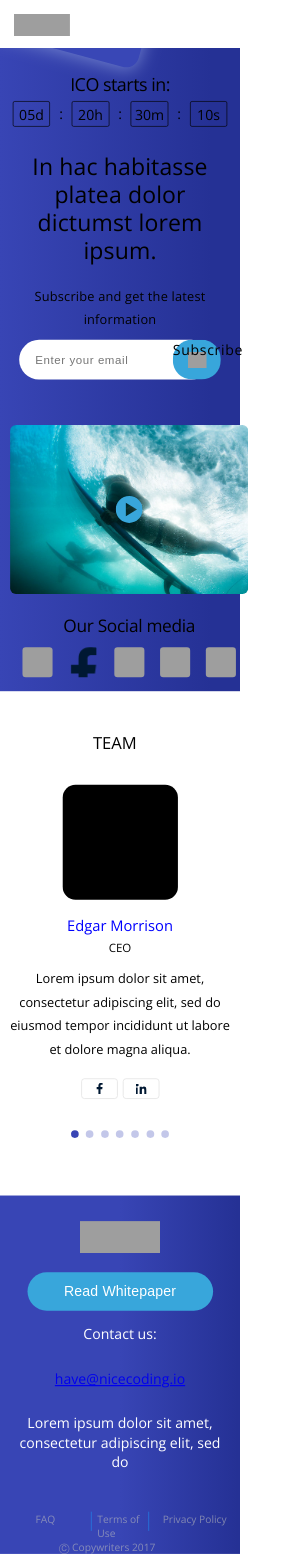
Repository: McGregorSt/newOne
Page: index.html
The author's editor kept a copy of each file at every save. The page is drawn from the files as they stood at one save, then again after the next save.
The browser window is 375 px wide. The page is 388 px wide, then 470 px, then 388 px, so the pictures cover 470 px, including what lies to the right of the window. The pictures show the whole page, at 64% of full size.
Pictures or frames that could not be fetched are drawn as grey boxes.

Above is the page before, as saved 2019-12-18 09:22:15.

### index.html
<!DOCTYPE html>
<html lang="en">
<head>
  <meta charset="UTF-8">
  <meta name="viewport" content="width=device-width, initial-scale=1.0">
  <meta http-equiv="X-UA-Compatible" content="ie=edge">
  <link rel="stylesheet" href="css/style.css">
  <link href="https://fonts.googleapis.com/css?family=Open+Sans:300,300i,400,400i,600,600i,700,700i,800,800i&display=swap" rel="stylesheet">
  <script
  src="https://code.jquery.com/jquery-3.4.1.js"
  integrity="sha256-WpOohJOqMqqyKL9FccASB9O0KwACQJpFTUBLTYOVvVU="
  crossorigin="anonymous"></script>
  <title>Ethworks</title>
</head>
<body>
    <section class="modal">
      <div class="modal__content">
        <iframe src="" frameborder="0" id="youtube"></iframe>
        <div class="overlay"></div>
      </div>
    </section>
    <section class="header">
      <div class="header__logo"></div>
      <ul class="header__menu">
        <li class="header__menu__item"><a href="#">Home</a></li>
        <li class="header__menu__item"><a href="#">Team</a></li>
        <li class="header__menu__item"><a href="#">Contact</a></li>
      </ul>
    </section>
    <section class="main">
        <div class="wrapper">
        <div class="subs">
          <div class="subs__timer">
            <span class="subs__timer__header">ICO starts in:</span>
            <div class="subs__timer__global">
              <div class="subs__timer__item subs__timer__item__dd">05d</div>
              <div class="subs__timer__item">:</div>
              <div class="subs__timer__item subs__timer__item__hh">20h</div>
              <div class="subs__timer__item">:</div>
              <div class="subs__timer__item subs__timer__item__mm">30m</div>
              <div class="subs__timer__item">:</div>
              <div class="subs__timer__item subs__timer__item__ss">15s</div>
            </div>
          </div>
          <div class="subs__article">In hac habitasse platea dolor dictumst lorem ipsum.</div>
          <div class="subs__email">
            <span class="subs__email__header">Subscribe and get the latest information</span>
            <div class="subs__email__content">
              <input type="email" class="subs__email__input" placeholder="Enter your email">
              <div class="subs__email__button">Subscribe</div>
            </div>
          </div>
        </div>

      <div class="media">
        <div class="media__media">
          <div class="media__player">
            <svg xmlns="http://www.w3.org/2000/svg" width="24" height="24" viewBox="0 0 24 24"><path d="M12 0c-6.627 0-12 5.373-12 12s5.373 12 12 12 12-5.373 12-12-5.373-12-12-12zm-3 18v-12l10 6-10 6z"/></svg>
          </div>
          <div class="media__social">
            <span class="media__social__header">Our Social media</span>
            <div class="media__social__items">
              <div class="media__social__item media__social__tt"></div>
              <div class="media__social__item media__social__fb"></div>
              <div class="media__social__item media__social__md"></div>
              <div class="media__social__item media__social__gh"></div>
              <div class="media__social__item media__social__mail"></div>
            </div>
          </div>
        </div>
    </div>
    </div>
    <div class="subs__subs"></div>
    </section>
    <section class="team">
      <div class="team__header">TEAM</div>
      <div class="team__cards">
        <div class="team__card">
          <div class="team__card__photo"></div>
          <div class="team__card__name">Edgar Morrison</div>
          <div class="team__card__title">CEO</div>
          <div class="team__card__description">Lorem ipsum dolor sit amet, consectetur adipiscing elit, sed do eiusmod tempor incididunt ut labore et dolore magna aliqua. </div>
          <div class="team__card__social">
            <div class="card__social__fb"></div>
            <div class="card__social__in"></div>
          </div>
        </div>
        <div class="team__card">
          <div class="team__card__photo"></div>
          <div class="team__card__name">Mae Martin</div>
          <div class="team__card__title">CTO</div>
          <div class="team__card__description">Lorem ipsum dolor sit amet, consectetur adipiscing elit, sed do eiusmod tempor incididunt ut labore et dolore magna aliqua. </div>
          <div class="team__card__social">
            <div class="card__social__fb"></div>
            <div class="card__social__in"></div>
          </div>
        </div>
        <div class="team__card">
          <div class="team__card__photo"></div>
          <div class="team__card__name">David Banks</div>
          <div class="team__card__title">CFO</div>
          <div class="team__card__description">Lorem ipsum dolor sit amet, consectetur adipiscing elit, sed do eiusmod tempor incididunt ut labore et dolore magna aliqua.</div>
          <div class="team__card__social">
            <div class="card__social__fb"></div>
            <div class="card__social__in"></div>
          </div>
        </div>
        <div class="team__card">
          <div class="team__card__photo"></div>
          <div class="team__card__name">Frederick Parsons</div>
          <div class="team__card__title">COO</div>
          <div class="team__card__description">Lorem ipsum dolor sit amet, consectetur adipiscing elit, sed do eiusmod tempor incididunt ut labore et dolore magna aliqua.</div>
          <div class="team__card__social">
            <div class="card__social__fb"></div>
            <div class="card__social__in"></div>
          </div>
        </div>
      </div>
      <div class="team__slider">
        <div class="team__slider--item"></div>
        <div class="team__slider--item"></div>
        <div class="team__slider--item"></div>
        <div class="team__slider--item"></div>
        <div class="team__slider--item"></div>
        <div class="team__slider--item"></div>
        <div class="team__slider--item"></div>
      </div>
    </section>
    <section class="footer">
      <div class="footer__main">
        <div class="footer__main__logo"></div>
        <!-- <div class="footer__main__whitepaper"> -->
          <a href="#">
            <button type="button" class="header__whitepaper__button">Read Whitepaper</button>
          </a>
        <!-- </div> -->
      </div>
        <div class="footer__contact">
          <span>Contact us:</span>
          <span><a href="mailto:#" class="footer__contact--a">have@nicecoding.io</a></span>
          <span>Lorem ipsum dolor sit amet, consectetur adipiscing elit, sed do</span>
        </div>


      <div class="footer__menu">
          <span class="footer__menu--span">&#9400 Copywriters 2017</span>
        <div class="footer__menu--menu">
          <div class="footer__menu__separator"></div>
          <div class="footer__menu__item">
            <a href="#" class="menu__item--a">FAQ</a>
          </div>
          <div class="footer__menu__separator"></div>
          <div class="footer__menu__item">
            <a href="#">Terms of Use</a>
          </div>
          <div class="footer__menu__separator"></div>
          <div class="footer__menu__item">
            <a href="#">Privacy Policy</a>
          </div>
        </div>
      </div>
    </section>
  </div>
</body>
<script src="js/app.js">


</script>
</html>

### css/style.css
body {
  margin: 0;
  padding: 0;
  box-sizing: border-box;
  font-family: 'Open Sans', sans-serif;
  overflow-y: scroll;
}
/* section header */
.header {
  height: 95px;
  margin: auto;
  margin-top: -5px;
  display: flex;
  justify-content: space-between;
  align-items: center;
  padding: 0 180px;
}
.header__logo {
  width: 125px;
  height: 50px;
  background-image: url('../Assets/logo/dark.svg');
  background-size: cover;
  position: relative;
  left: -5px;
  top: 3px;
}

.header__menu {
  list-style: none;
  display: flex;
  letter-spacing: 1.1px;
  /* font-weight: 300; */
  /* justify-content: space-between; */
  font-size: 20px;
}

@media (max-width: 414px) {

  .header {
    height: 80px;
    padding: 0;
  }
  .header__logo {
    top: 4px;
    left: 3px;
    /* height: 45px; */
    background-position: left center;
    transform: scale(0.7);
  }
  .header__menu {
    display: none;
  }
}

.header__menu__item a {
  padding: 0 0 0 54px;
  text-decoration: none;
  color: #000;
}

/*

section main

*/
.main {
  height: 935px;
  background: linear-gradient(90deg, rgba(56,69,181,1) 0%, rgba(37,49,149,1) 88%);

}

.wrapper {
  display: flex;
  position: relative;

}


.wrapper:after {
  content: "";
  width: 100%;
  height: 100%;
  background-image: url('../Assets/BG/Shape1@1x.svg');
  background-repeat: no-repeat;
  background-size: 75%;
  background-position-y: -95px;
  background-position-x: -10px;
  position: absolute;
  z-index: 2;
  /* filter: url('../Assets/BG/Shape1@1x.svg#filter-2')  */
}

.subs {

  width: 50%;
  font-size: 28px;
  display: flex;
  flex-direction: column;
  padding: 90px 0 60px 175px;
  position: relative;
  z-index: 99;
}
.subs__subs {
  /* width: 50%; */
  height: 800px;
  background-image: url('../Assets/BG/Shape2@1x.svg');
  background-size: 47%;
  top: -730px;
  left: -200px;
  background-position-y: -260px;
  background-position-x: 170px;
  background-repeat: no-repeat;
  position: relative;
  z-index: 1;
  /* filter: url('../Assets/BG/Shape2@1x.svg#filter-2') */
}


.subs__timer {
  /* background-color: thistle; */
  position: relative;
  z-index: 1;
}
.subs__timer__header {
  letter-spacing: -0.8px;
}
.subs__timer__global {
  width: 56.4%;
  display: flex;
  justify-content: space-between;
  padding: 15px 0 40px 0 ;
}
.subs__timer__global > div {
  width: 88px;
  height: 65px;
  display: flex;
  justify-content: center;
  align-items: center;
}
.subs__timer__item:nth-child(2n+2) {

}
.subs__timer__global > div:nth-child(2n+1) {
  width: 40%;
  border: 1px solid #000;
  font-size: 36px;
  border-radius: 7px;
}
.subs__article {
  font-size: 54px;
  letter-spacing: 0.2px;
  line-height: 83px;
  padding: 35px 0;
  /* background-color: wheat; */

}

.subs__email {
  /* background-color: yellow; */
  display: flex;
  flex-direction: column;
  font-size: 22px;
  letter-spacing: 0.3px;
  padding: 60px 0;
}
.subs__email__content {
  height: 100px;
  padding: 30px 0;
  display: flex;
}
.subs__email__input {
  height: 60%;
  width: 67%;
  border-radius: 40px;
  font-size: 22px;
  padding-left: 25px;
  letter-spacing: 0.9px;
  outline: none;
  border: 0;
}
.subs__email__input::placeholder {
  /* padding-left: 25px; */
}
.subs__email__button {
  height: 65%;
  width: 20%;
  background-color:#38A6DB;
  font-size: 22px;
  letter-spacing: 1.05px;
  border: 0;
  border-radius: 30px;
  position: relative;
  left: -200px;
}
.subs__email--sender {
  width: 50px;
  height: 50px;

  background-image: url('../Assets/Icon/Subscribe@1x.svg');
  background-size: cover;
  background-color: aliceblue;
}

@media (max-width: 414px) {
  .main {
    height: 1005px;

  }
  .wrapper {
    flex-wrap: wrap;
  }
  .subs {
    width: 100%;
    padding: 0;
    flex-direction: column;
    justify-self: center;

  }
  .subs > * {
    text-align: center;
    padding: 20px;
  }
  .subs__timer__header {
    position: relative;
    top: 17px;
  }
  .subs__timer__global {
    width: 100%;
    position: relative;
    top: 10px;
  }
  .subs__timer__global > div:nth-child(2n + 1) {
    width: 50%;
    height: 38px;
    font-size: 22px;
    border-radius: 3px;
  }
  .subs__timer__item:nth-child(2n) {
    font-size: 22px;
    height: 38px;
    width: 30%;
  }
  .subs__article {
    font-size: 36px;
    line-height: 44px;
    padding: 0 20px;
    position: relative;
    top: -10px;
  }
  .subs__email {
    padding: 0;
  }
  .subs__email__header {
    position: relative;
    top: 22px;
    font-size: 20px;
    padding: 0 20px;
    line-height: 36px;
  }
  .subs__email__content {
    justify-content: center;
    position: relative;
    top: 5px;
    /* padding: 0; */
  }
  .subs__email__input {
    width: 100%;
    position: relative;
    left: 30px;
    font-size: 18px;
    /* padding: 0; */
  }
  .subs__email__button {
    height: 62%;
    /* width: 18%; */
    position: relative;
    left: -30px;
    background-color: #38A6DB;
    background-image: url('../Assets/Icon/Subscribe@1x.svg');
    background-size: 40% 40%;
    background-position: center center;
    background-repeat: no-repeat;
    /* transform: scale(0.8); */
  }
  .subs__email__button:before {
    content: '';
    background-color: brown;
    width: 300px;
    height: 300px;
    z-index: 995;
  }
}

.modal {
  display: none;
}
#youtube {
  width: 800px;
  height: 500px;
  background: rgb(0, 0, 0);
  position: absolute;
  left: 50%;
  top: 50%;
  transform: translate(-50%, -50%);
  z-index: 999;
}
.overlay {
  display: block;
  width: 100%;
  height: 100%;
  background: rgba(0, 0, 0, 0.4);
  position: fixed;
  top: 0;
  left: 0;
  z-index: 998;
}
.media {
  /* height: 80%; */
  width: 50%;
  /* background-color: tomato; */
}
.media__media {
  height: 100%;
  /* display: flex;
  flex-direction: column; */
  /* justify-content: space-around; */
  padding: 235px 0 0 60px;
}
.media__player {
  width: 620px;
  height: 440px;
  display: flex;
  justify-content: center;
  align-items: center;
  background-color: rgba(15, 51, 47, 0.411);
  background-image: url('../Assets/player/27230166476_3c7a942ccc_c.jpg');
  position: relative;
  z-index: 20;
}
.media__player svg {
  width: 70px;
  height: 70px;
  fill: #38A6DB;
}
.media__social {
  width: 620px;
  height: 23%;
  display: flex;
  flex-direction: column;
  align-items: flex-end;
  justify-content: center;
  /* background-color: orangered; */
}
.media__social__header {
  font-size: 26px;
  padding: 80px 0 16px 0;

}
.media__social__items {
  width: 56.3%;
  display: flex;
  justify-content: space-between;
}
.media__social__item {
  width: 47px;
  height: 47px;
  border-radius: 5px;
  background-size: cover;
}
.media__social__tt {
  background-image: url('../Assets/Social icons/Twitter@1x.svg');
}
.media__social__fb {
  background-image: url('../Assets/Social icons/Facebook@1x.svg');
}
.media__social__md {
  background-image: url('../Assets/Social icons/Medium@1x.svg');
}
.media__social__gh {
  background-image: url('../Assets/Social icons/Github@1x.svg');
}
.media__social__mail {
  background-image: url('../Assets/Social icons/Telegram@1x.svg');
}

@media (max-width: 414px) {
  .media {
    height: 20px;
  }
  .media__media {
    transform: scale(0.5);
    padding: 0;
    margin: 0;
  }
  .media__player {
    transform: scale(1.2);
    border-radius: 15px;
    position: relative;
    top: 50px;
  }
  .media__social {
    justify-content: center;
    align-items: center;
    margin-top: 200px;
  }
  .media__social__header {
    font-size: 54px;
    letter-spacing: -1px;
  }
  .media__social__items {
    width: 100%;
    margin-top: 40px;
  }
  .media__social__item {
    transform: scale(2);
  }
}


/*
section team
*/

.team {
  display: flex;
  flex-direction: column;
  align-items: center;
  padding: 95px 0 50px 0;
}
.team__header {
  font-size: 26px;
  position: relative;
  left: 20px;
}
.team__cards {
  display: flex;
  justify-content: space-between;
  padding: 60px 0;
}
.team__card {
  height: 500px;
  width: 360px;
  display: flex;
  flex-direction: column;
  justify-content: space-between;
  align-items: center;
  margin: 0 10px;
  /* background-color: palegreen; */
  padding: 5px 10px
}
.team__card__photo {
  width: 180px;
  height: 180px;
  border-radius: 20px;
  background-color: black;

}
.team__card__name {
  font-size: 23px;
  color: blue;
  /* position: relative;
  top: -10px; */
}
.team__card__title {
  font-size: 18px;
  position: relative;
  top: -20px;
}
.team__card__description {
  font-size: 20px;
  text-align: center;
  line-height: 38px;
  position: relative;
  top: -10px;
  padding: 0 5px;
}
.team__card__social {
  display: flex;
  justify-content: space-between;
}
.team__card__social > * {
  width: 55px;
  height: 30px;
  border: 1px solid #ddd;
  border-radius: 5px;
  margin: 4px;
}
.card__social__fb {
  background-image: url('../Assets//Profil/Facebook@1x.svg');
  background-position: center center;
  background-size:20%;

  background-repeat: no-repeat;
}
.card__social__in {
  background-image: url('../Assets//Profil/linkedin@1x.svg');
  background-position: center center;
  background-size:30%;
  background-repeat: no-repeat;

}
.team__slider {
  display: none;
}

@media (max-width: 414px) {
  .team {
    padding: 0;
  }
  .team__header {
    top: 62px;
    left: -8px;
  }
  .team__card:nth-child(n+2) {
    display: none;
  }
  .team__card {
    position: relative;
    top: 45px;
  }
  .team__card__name {
    position: relative;
    top: 10px;
  }
  .team__card__title {
    margin-top: 25px;
  }
  .team__card__description {
    top: -15px;
    line-height: 37px;
  }
  .team__card__social {
    position: relative;
    top: -5px;
  }
  .team__slider {
    width: 44%;
    display: flex;
    justify-content: space-around;
    margin: 20px 0 90px 0;
  }
  .team__slider--item {
    width: 12px;
    height: 12px;
    border-radius: 6px;
    background-color: rgba(56,69,181,0.3);
  }
  .team__slider--item:first-child {
    background-color: rgba(56,69,181,1);

  }
}


/*
section footer
*/

.footer {
  /* display: flex;
  flex-direction: column;
  align-items: center; */
  color: white;
  background: linear-gradient(90deg, rgba(56,69,181,1) 50%, rgba(37,49,149,1) 99%);
}
.footer__main {
  /* height: 410px; */
  display: flex;
  justify-content: space-between;
  padding: 0 180px;
}

/* .footer__header {
  height: 123px;
  width: 100%;
  background-color: cornflowerblue;
  display: flex;
  justify-content: space-between;
  align-items: center;
} */
.footer__main__logo {
  width: 10%;
  margin-top: 30px;
  width: 125px;
  height: 50px;
  background-image: url('../Assets/logo/Light.svg');
  background-size: cover;
  position: relative;
  left: -5px;
  top: 3px;

}
.footer__contact {
  width: 500px;
  height: 290px;
  margin: auto;
  /* background-color: crimson; */
  display: flex;
  flex-direction: column;
  align-items: center;
  /* position: relative; */
  /* left: - 90px; */
}
.footer__main__whitepaper {
  width: 19%;
  /* background-color: darkgreen; */
  /* padding-top: 33px; */
}



.footer__menu {
  height: 60px;
  /* background-color: darkgoldenrod; */
  width:55%;
  margin: auto;
  font-size: 19px;
  display: flex;
  justify-content: space-between;
  padding-top: 10px;
}
.header__whitepaper__button {
  height: 60px;
  width: 290px;
  background-color:#38A6DB;
  font-size: 22px;
  letter-spacing: 0.25px;
  border: 0;
  border-radius: 30px;
  position: relative;
  top: 30px;
  color: white;
}
.footer__contact > span {
  margin-bottom: 40px;
  font-size: 22px;
  text-align: center;
  position: relative;
  top: -5px;
  left: -15px;
}
.footer__main__contact > span > a {
  font-size: 26px;
  color: #1F86ED;
  letter-spacing: 0.7px;
  position: relative;
  top: -6px;
}
.footer__main__contact > span:last-child {
  font-size: 21px;
  top: -20px;
}
.footer__menu {
  color: rgba(189, 189, 189, 0.6);

}
.footer__menu__item, .footer__menu__item > a {
  width: 35%;
  display: flex;
  justify-content: center;
  color: rgba(189, 189, 189, 0.6);
  text-decoration: none;
}
.footer__menu--span {
  width: 25%;
  padding-right: 35px;
  margin-left: -20px;

}
.footer__menu__separator {
  width: 3px;
  height: 30px;
  background-color: #1F86ED;
}

@media (max-width: 414px) {
  .footer__main {
    padding: 40px 0 0 0;
    flex-direction: column;
    justify-content: center;
  }
  .footer__main > * {
    left: 0;
    top: 0;
    margin: auto;
  }
  .footer__contact {
    width: 90%;
    margin-top: 50px;
  }
  .footer__contact > span {
    top: 0;
    left: 0;
  }
  .footer__whitepaper__button {
    align-items: center;
  }
  .footer__menu {
    width: 100%;
    display: flex;
    flex-direction: column-reverse;
    font-size: 16px;
    align-content: center;
  }
  .footer__menu__item, .footer__menu__item > a {
    width: 80%;
  }
  .footer__menu__item:nth-child(4)  {
    width: 50%;
  }
  .footer__menu--menu {
    width: 100%;
    display: flex;
  }
  .footer__menu__separator:first-child {
    display: none;
  }
  .footer__menu--span {
    width: 100%;
    padding: 0;
    text-align: center;
  }
}

### js/app.js
let chi = document.querySelectorAll('.subs__timer__global:nth-child(2n+1)')
console.log(chi)

$(document).ready(function() {
  $('.media__player svg').on('click', function() {
   let src = 'https://www.youtube.com/embed/SJ7Q6Gd1rJE?autoplay=1&rel=0'
    $('#youtube').attr('src', src)
    $('.modal').toggleClass('overlay')
  })
  function modalHide() {
    $('#youtube').attr('src', '')
    $('.modal').toggleClass('overlay')

  }
  $('.overlay').on('click', modalHide)

  const initialWatch = {
    seconds: 15,
    minutes: 30,
    hours: 20,
    days: 5
  }

  const countDownWatch = {
    seconds: initialWatch.seconds,
    minutes: initialWatch.minutes,
    hours: initialWatch.hours,
    days: initialWatch.days
  }
  const seconds = $('.subs__timer__item__ss')
  const minutes = $('.subs__timer__item__mm')
  const hours = $('.subs__timer__item__hh')
  const days = $('.subs__timer__item__dd')

  const tick = 1000
  let sec = setInterval(() => {
    countDownWatch.seconds -= 1000 / 1000
    if (countDownWatch.seconds < 0){
      countDownWatch.minutes -= 1
      countDownWatch.seconds = 59
      if (countDownWatch.minutes < 0) {
        countDownWatch.hours -= 1
        countDownWatch.minutes = 59
        if (countDownWatch.hours < 0) {
          countDownWatch.days -= 1
          countDownWatch.hours = 23
        }
      }

    } else if (
      countDownWatch.days === 0 &&
      countDownWatch.hours === 0 &&
      countDownWatch.minutes === 0 &&
      countDownWatch.seconds === 0
      ) {
        clearInterval(sec)
      }

      // function toRender(units) {
      //   $(this) = units
      //   console.log(this.units)
      //   if (this.countDownWatch.units < 10){
      //     return this.units.html(`0${this.countDownWatch.units}s`)
      //   } else {
      //     return this.units.html(`${this.countDownWatch.units}s`)
      //   }
      // }

      seconds.html(countDownWatch.seconds < 10 ? `0${countDownWatch.seconds}s` : `${countDownWatch.seconds}s`)
      minutes.html(countDownWatch.minutes < 10 ? `0${countDownWatch.minutes}m` : `${countDownWatch.minutes}m`)
      hours.html(countDownWatch.hours < 10 ? `0${countDownWatch.hours}h` : `${countDownWatch.hours}h`)
      days.html(countDownWatch.days < 10 ? `0${countDownWatch.days}d` : `${countDownWatch.days}d`)
  }, tick)

    let windowWidth = window.screen.width
    const menuItem = $('.footer__menu__item')
    let faq = menuItem[0]
    let termsOfUse = menuItem[1]
    let contactUs = $('.footer__contact--a')

    if (windowWidth < 415) {
      $('.subs__email__button').html('')
      faq.innerText = 'Terms of Use'
      termsOfUse.innerText = 'FAQ'
      contactUs[0].innerText = 'hello@stay.io'
    }
    console.log($('.footer__menu__item'))
})

### Assets/BG/Shape1@1x.svg
<?xml version="1.0" encoding="UTF-8"?>
<svg width="1072px" height="582px" viewBox="0 0 1072 582" version="1.1" xmlns="http://www.w3.org/2000/svg" xmlns:xlink="http://www.w3.org/1999/xlink">
    <!-- Generator: Sketch 47.1 (45422) - http://www.bohemiancoding.com/sketch -->
    <title>BG/Shape1@1x</title>
    <desc>Created with Sketch.</desc>
    <defs>
        <path d="M982.285156,102 L982.285156,370.03125 L210.193802,575.356423 L210.193802,575.356423 C169.990097,586.047947 128.661819,562.429109 117.465781,522.362973 L-9.09494702e-13,102 L982.285156,102 Z" id="path-1"></path>
        <filter x="-16.7%" y="-32.3%" width="133.5%" height="169.1%" filterUnits="objectBoundingBox" id="filter-2">
            <feOffset dx="0" dy="11" in="SourceAlpha" result="shadowOffsetOuter1"></feOffset>
            <feGaussianBlur stdDeviation="53" in="shadowOffsetOuter1" result="shadowBlurOuter1"></feGaussianBlur>
            <feColorMatrix values="0 0 0 0 0.164705882   0 0 0 0 0.219607843   0 0 0 0 0.615686275  0 0 0 1 0" type="matrix" in="shadowBlurOuter1"></feColorMatrix>
        </filter>
    </defs>
    <g id="Page-1" stroke="none" stroke-width="1" fill="none" fill-rule="evenodd">
        <g id="FRONTENT-ZADANIE2">
            <g id="//BG" transform="translate(0.000000, -102.000000)">
                <g id="header-bg">
                    <g id="Rectangle">
                        <g id="BG/Shape1" transform="translate(491.142578, 339.963586) scale(-1, 1) translate(-491.142578, -339.963586) ">
                            <use fill="black" fill-opacity="1" filter="url(#filter-2)" xlink:href="#path-1"></use>
                            <use fill="#3947B6" fill-rule="evenodd" xlink:href="#path-1"></use>
                        </g>
                    </g>
                </g>
            </g>
        </g>
    </g>
</svg>

After the next save:
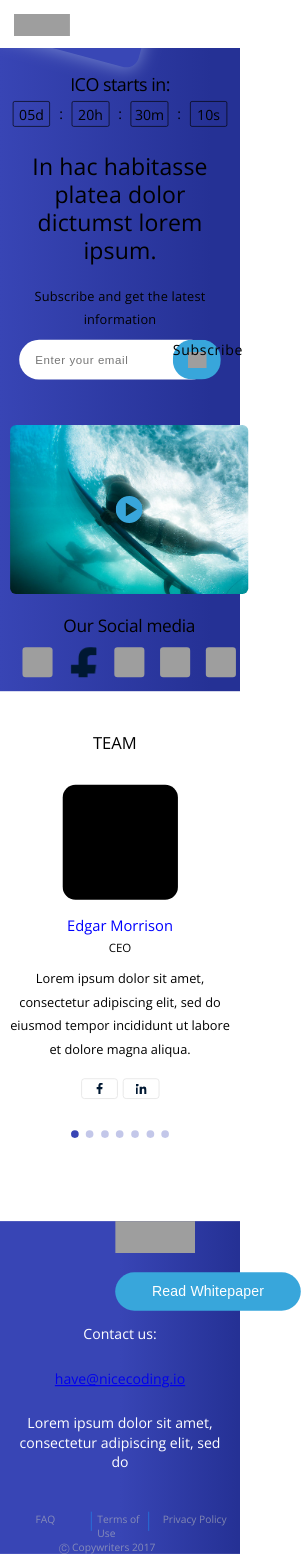
Saved 67 s later.
--- a/css/style.css
+++ b/css/style.css
@@ -675,7 +675,7 @@
 
 @media (max-width: 414px) {
   .footer__main {
-    padding: 40px 0 0 0;
+    margin: 40px 0 0 0;
     flex-direction: column;
     justify-content: center;
   }

After the save that followed:
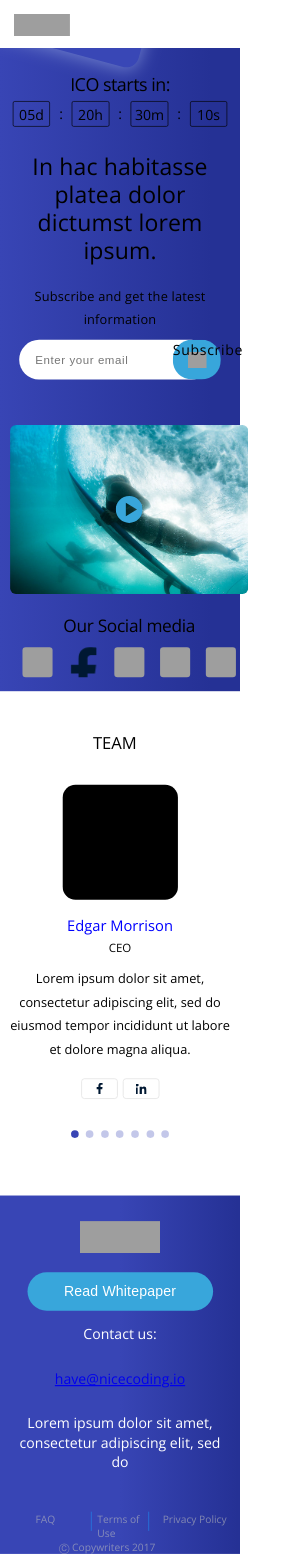
Saved 21 s later.
--- a/css/style.css
+++ b/css/style.css
@@ -675,7 +675,7 @@
 
 @media (max-width: 414px) {
   .footer__main {
-    margin: 40px 0 0 0;
+    padding: 40px 0 0 0;
     flex-direction: column;
     justify-content: center;
   }
